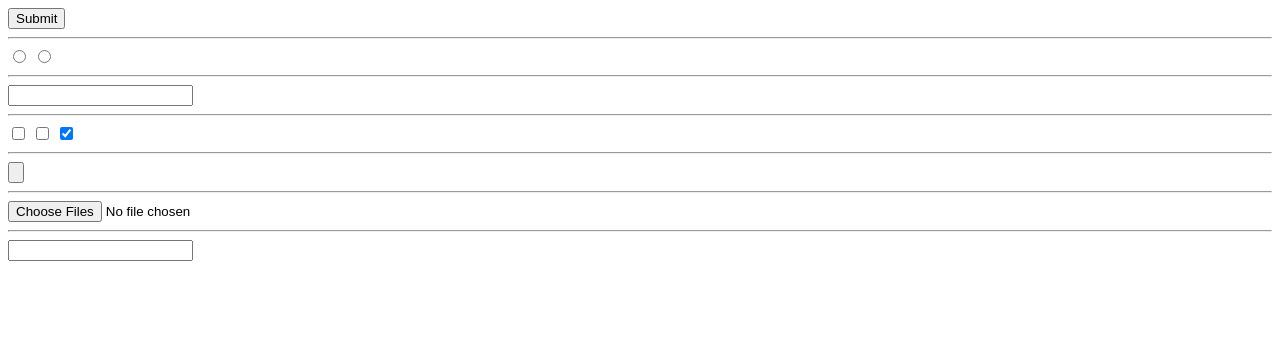
Repository: Lixianlai-2/html-demo-1
Page: input.html
These files come from the project's save history. The page is drawn as it stood at one moment and after the next save; the edit follows.
The browser window is 1280 px wide. The pictures show the whole page.

Above is the page before, as saved 2021-11-27 23:05:47.

### input.html
<!DOCTYPE html>
<html lang="en">
  <head>
    <meta charset="UTF-8" />
    <meta http-equiv="X-UA-Compatible" content="IE=edge" />
    <meta name="viewport" content="width=device-width, initial-scale=1.0" />
    <title>Document</title>
  </head>
  <body>
    <form action="">
      <input type="submit" />
      <hr />
      <input type="radio" value="美女" name="选择" />
      <input type="radio" value="美食" name="选择" />
      <hr />
      <input type="text" required />
      <hr />
      <input type="checkbox" name="cb" />
      <input type="checkbox" name="cb" />
      <input type="checkbox" name="cb" checked />
      <hr />
      <input type="button" />
      <hr />
      <input type="file" multiple name="" id="" />
      <hr />
      <input type="number" />
    </form>
  </body>
</html>

After the next save:
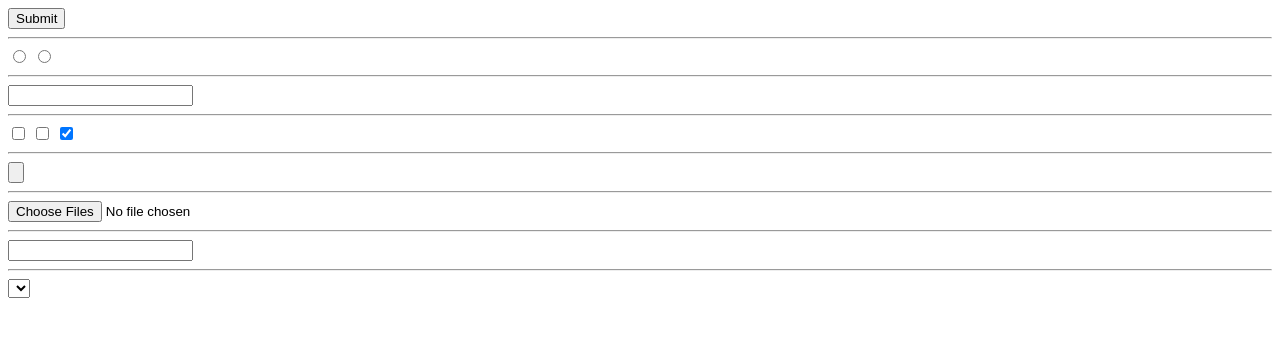
Saved 4 min 14 s later.
--- a/input.html
+++ b/input.html
@@ -24,6 +24,10 @@
       <input type="file" multiple name="" id="" />
       <hr />
       <input type="number" />
+      <hr />
+      <select name="" id="">
+        <option value=""></option>
+      </select>
     </form>
   </body>
 </html>
